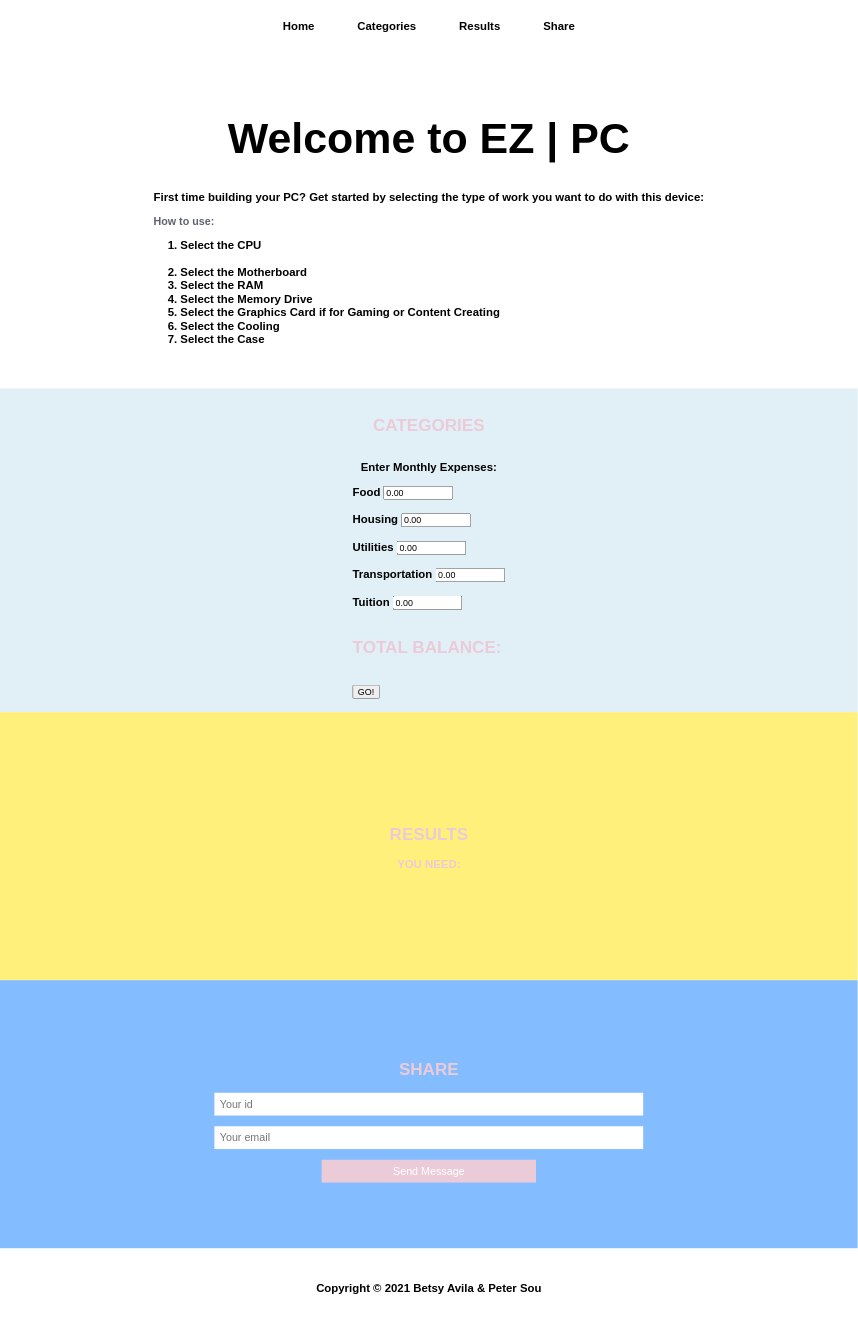
Repository: Peter-Sou/CSE-111-Project-1
Page: http://localhost/
An editor plug-in stored every save of this project. The page is shown before and after the next save, followed by the edit.
The browser window is 1280 px wide. The pictures show the whole page, at 67% of full size.
Some web fonts or font styles are not loaded; a fallback is used. The page is served by the project's application, run on Django 3.2 (manage.py).

Above is the page before, as saved 2021-12-07 18:33:19.

After the next save:
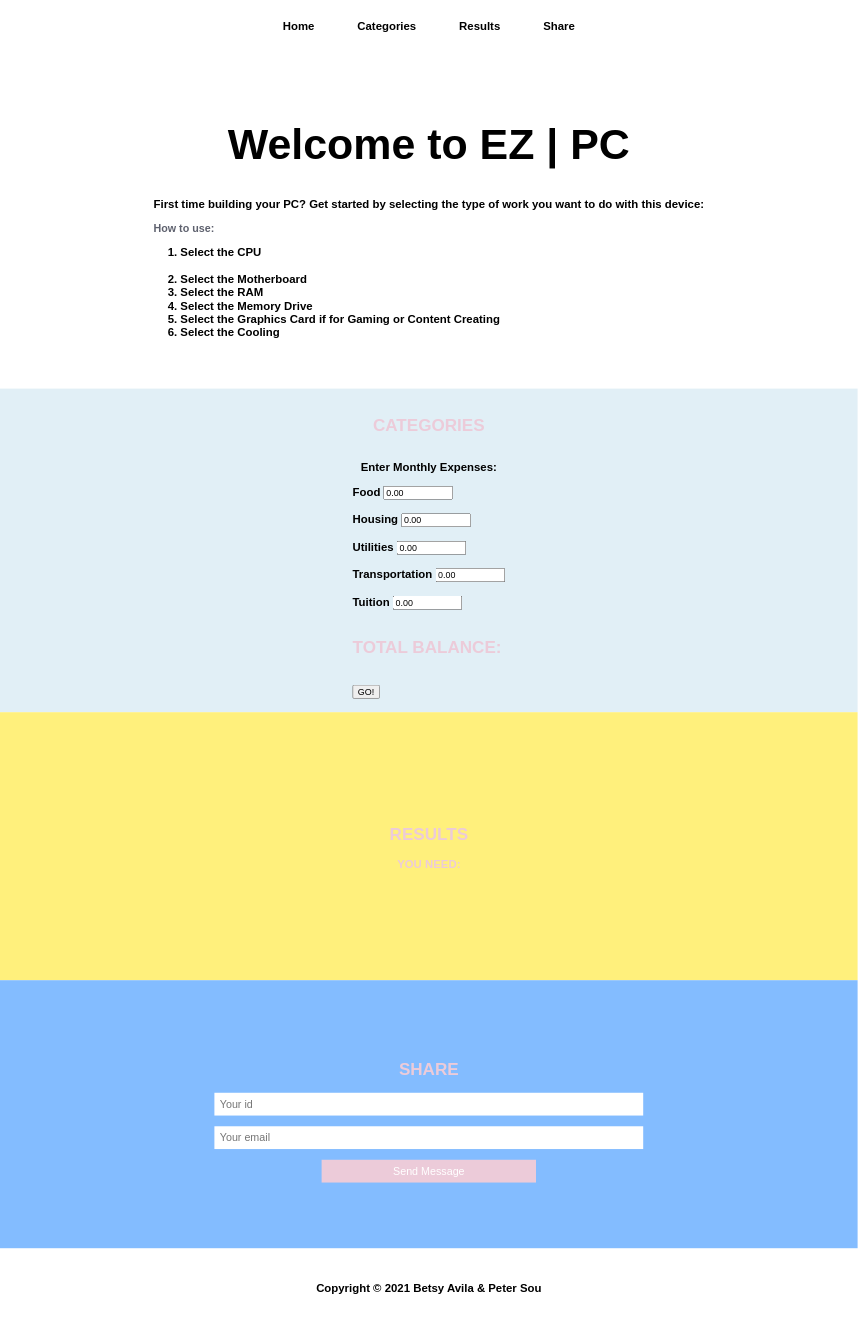
Saved 11 s later.
--- a/ezPC/EZPCAPP/templates/EZPCAPP/hi.html
+++ b/ezPC/EZPCAPP/templates/EZPCAPP/hi.html
@@ -35,7 +35,7 @@
                 <li>Select the Memory Drive</li>
                 <li>Select the Graphics Card if for Gaming or Content Creating</li>
                 <li>Select the Cooling</li>
-                <li>Select the Case</li>
+
                 </ol>
         </div>
         {% comment %} <img src="assets/profile_professional.jpg"> {% endcomment %}
